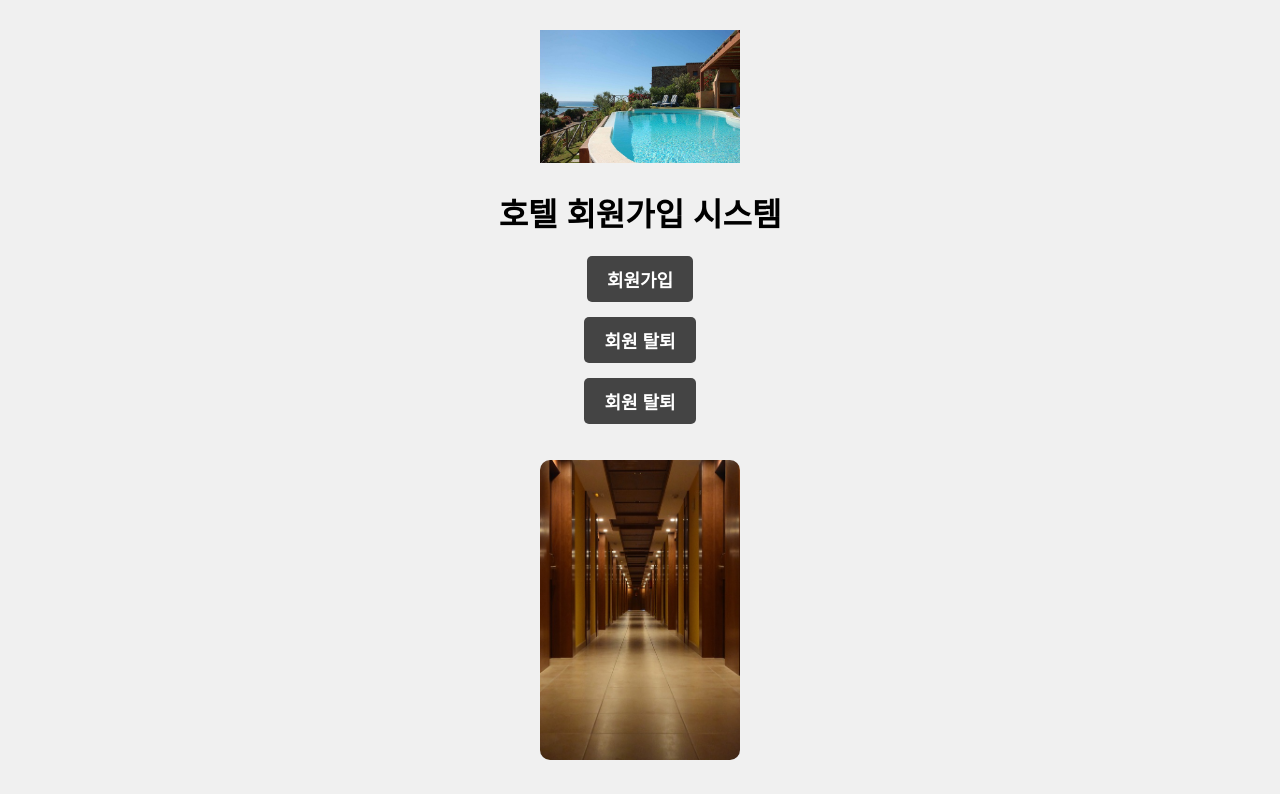
Repository: DearMyStore/ui-test
Page: http://localhost/HotelReservationSystem/menu.jsp
An editor plug-in stored every save of this project. The page is shown before and after the next save, followed by the edit.
The browser window is 1280 px wide. The pictures show the whole page.
The page is served by Tomcat 9.

Above is the page before, as saved 2025-05-27 20:43:50.

### HRS/HotelReservationSystem/src/main/webapp/menu.jsp
<%@ page contentType="text/html; charset=UTF-8" pageEncoding="UTF-8"%>
<!DOCTYPE html>
<html>
<head>
    <meta charset="UTF-8">
    <title>호텔 회원가입 시스템</title>
    <style>
        body { font-family: Arial, sans-serif; text-align: center; margin: 30px; }
        img.logo { width: 200px; }
        img.room { width: 200px; margin-top: 20px; border-radius: 10px; }
        ul { list-style-type: none; padding: 0; }
        li { margin: 15px 0; font-size: 18px; }
        a { text-decoration: none; color: #3366cc; font-weight: bold; }
                body {
            background-color: #f0f0f0; /* 연한 회색 배경 */
            font-family: Arial, sans-serif;
            text-align: center;
            margin: 0;
            padding: 30px;
        }
        .container {
            background-color: #ffffff;
            padding: 30px;
            border-radius: 10px;
            display: inline-block;
            box-shadow: 0px 0px 15px rgba(0, 0, 0, 0.1);
        }
        img.logo {
            width: 200px;
        }
        img.room {
            width: 200px;
            margin-top: 20px;
            border-radius: 10px;
        }
        ul {
            list-style-type: none;
            padding: 0;
        }
        li {
            margin: 15px 0;
        }
        a {
            display: inline-block;
            padding: 10px 20px;
            background-color: #444444;
            color: white;
            border-radius: 5px;
            text-decoration: none;
            font-weight: bold;
            transition: background-color 0.2s ease;
        }
        a:hover {
            background-color: #222222;
        }
    </style>
</head>
<body>
    <img src="images/hotel.jpg" alt="호텔 로고" class="logo">
    <h1>호텔 회원가입 시스템</h1>
    <ul>
        <li><a href="register.jsp">회원가입</a></li>
        <li><a href="deleteAccount.jsp">회원 탈퇴</a></li>
 		<li><a href="findAccount.jsp">회원 탈퇴</a></li>
    </ul>
    <img src="images/hotel2.jpg" alt="객실 사진" class="room">
</body>
</html>

After the next save:
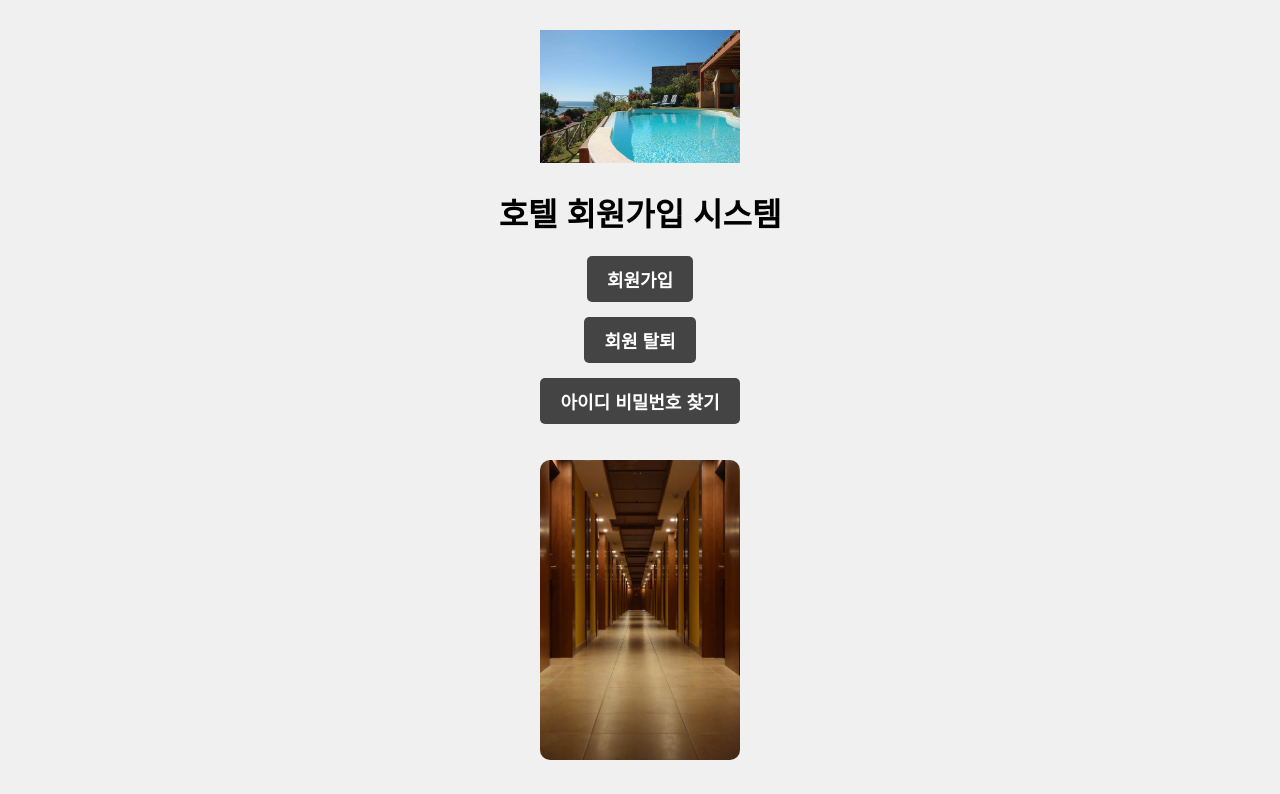
Saved 24 s later.
--- a/HRS/HotelReservationSystem/src/main/webapp/menu.jsp
+++ b/HRS/HotelReservationSystem/src/main/webapp/menu.jsp
@@ -61,7 +61,7 @@
     <ul>
         <li><a href="register.jsp">회원가입</a></li>
         <li><a href="deleteAccount.jsp">회원 탈퇴</a></li>
- 		<li><a href="findAccount.jsp">회원 탈퇴</a></li>
+ 		<li><a href="findAccount.jsp">아이디 비밀번호 찾기</a></li>
     </ul>
     <img src="images/hotel2.jpg" alt="객실 사진" class="room">
 </body>
